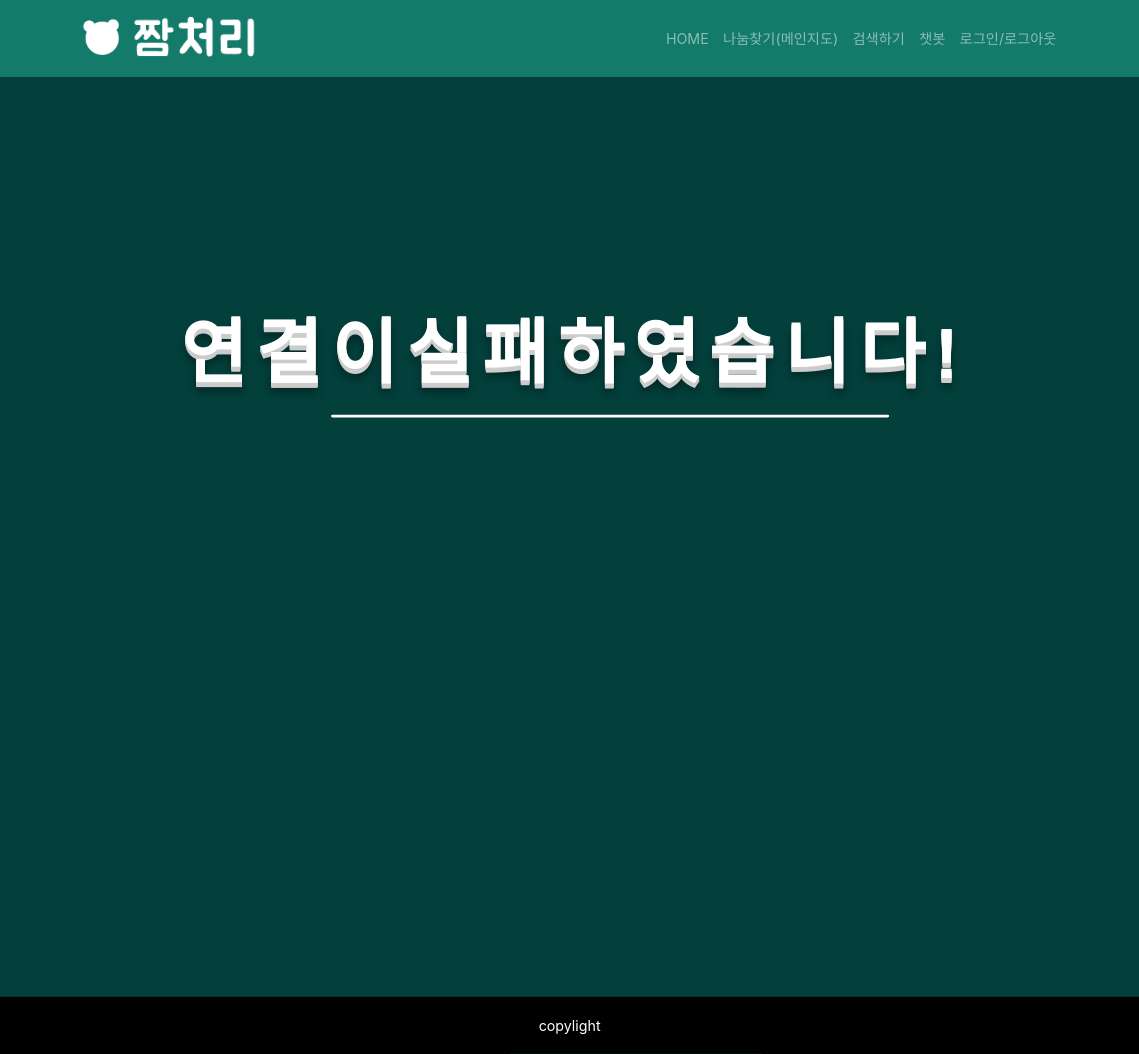
Repository: navang/JJAM_project
Page: http://localhost/jjam/jjam_7_result_fail.jsp
These files come from the project's save history. The page is drawn as it stood at one moment and after the next save; the edit follows.
The browser window is 1280 px wide. The pictures show the whole page, at 89% of full size.
Some web fonts or font styles are not loaded; a fallback is used. Some web libraries are served in a nearby version. The page is served by Tomcat 9. Nobody is signed in. The application's start-up code is not run. Other server files are loaded and not shown.

Above is the page before, as saved 2019-07-18 03:50:47.

### jjam/src/main/webapp/jjam_7_result_fail.jsp
<%@ page language="java" contentType="text/html; charset=UTF-8"
    pageEncoding="UTF-8"%>
<!DOCTYPE html>
<html>
<head>
<meta charset="UTF-8">
<meta name="viewport" content="width=device-width, initial-scale=1.0">
    <meta http-equiv="X-UA-Compatible" content="ie=edge">

    <link rel="stylesheet" href="https://stackpath.bootstrapcdn.com/bootstrap/4.3.1/css/bootstrap.min.css"
        integrity="sha384-ggOyR0iXCbMQv3Xipma34MD+dH/1fQ784/j6cY/iJTQUOhcWr7x9JvoRxT2MZw1T" crossorigin="anonymous">
    <script src="https://code.jquery.com/jquery-3.3.1.slim.min.js"
        integrity="sha384-q8i/X+965DzO0rT7abK41JStQIAqVgRVzpbzo5smXKp4YfRvH+8abtTE1Pi6jizo"
        crossorigin="anonymous"></script>
    <script src="https://cdnjs.cloudflare.com/ajax/libs/popper.js/1.14.7/umd/popper.min.js"
        integrity="sha384-UO2eT0CpHqdSJQ6hJty5KVphtPhzWj9WO1clHTMGa3JDZwrnQq4sF86dIHNDz0W1"
        crossorigin="anonymous"></script>
    <script src="https://stackpath.bootstrapcdn.com/bootstrap/4.3.1/js/bootstrap.min.js"
        integrity="sha384-JjSmVgyd0p3pXB1rRibZUAYoIIy6OrQ6VrjIEaFf/nJGzIxFDsf4x0xIM+B07jRM"
        crossorigin="anonymous"></script>
    <!-- https://getbootstrap.com/docs/4.3/getting-started/introduction/ 부트스트랩에서 가져옴-->




    <link rel="stylesheet" href="./resources/style/main.css">
    <link rel="stylesheet" href="./resources/style/fail.css">

    <script src="https://kit.fontawesome.com/825d367943.js"></script>
<title>Insert title here</title>

<script>
  $(function(){

	  $('.result-form-item span').hover(function(){
		$(this).toggleClass('active');
		if($(this).hasClass('active'))
			$(this).css({
			  "animation": "bounce .3s ease infinite alternate"
		  });

	  },function(){
		 	$(this).click(function(){
		 		$(this).removeAttr('style').delay(3000);
		 	});

	  });

});

    </script>

<body>
    <!-- ---------------------------------상단 고정 메뉴바--------------------------------------------->
    <h1 class="seperator"></h1>
    <nav id="top_navcolor" class="navbar fixed-top navbar navbar-expand-xl navbar-dark">
        <!-- fixed-top 상단고정-->
        <div class="container">
            <!-- 브랜드 로고 삽입-->
            <a href="jjam_3_form.jsp" class="navbar-brand">
                <img id="logo" class="" style="width: 60px; height: 60px;" src="./resources/image/character.png" alt=""><img src="./resources/image/JJCR_white1.png">
            </a>
            <!-- 햄버거 버튼-->
            <button class="navbar-toggler ham" data-toggle="collapse" data-target="#myNav">
                <span class="navbar-toggler-icon"></span>
            </button>
            <!-- 네비게이션 버튼 -->
            <div id="myNav" class="collapse navbar-collapse justify-content-end">
                <ul class="navbar-nav">
                    <li class="nav-item"><a href="" class="nav-link">HOME</a></li>
                    <li class="nav-item"><a href="" class="nav-link">나눔찾기(메인지도)</a></li>
                    <li class="nav-item"><a href="" class="nav-link">검색하기</a></li>
                    <li class="nav-item"><a href="" class="nav-link">챗봇</a></li>
                    <li class="nav-item"><a href="" class="nav-link">로그인/로그아웃</a>

                    </li>
                </ul>
            </div>
        </div>
    </nav>



 <!--------------------------------------본문 ------------------------------------------------------>

 <div class="result-form">
        <!--전체화면 분할-->
     <div class=""></div>
     <div class=""></div>
     <div class=""></div>
     <div class=""></div>
     <div class="result-form-item">

     <h1>
  <span>연</span>
  <span>결</span>
  <span>이</span>
  <span>실</span>
  <span>패</span>
  <span>하</span>
  <span>였</span>
  <span>습</span>
  <span>니</span>
  <span>다</span>
  <span>!</span>
</h1>

<div class="result-form-item-line"></div>
<div style="white"></div>

     </div>
     <div class=""></div>
     <div class=""></div>
     <div class=""></div>
     <div class=""></div>
     <div ></div>
</div>
</body>


<!-- Footer -->
<footer>
<div class="footer">copylight</div>
</footer>



</html>

### jjam/src/main/webapp/resources/style/main.css
@charset "utf-8";

@font-face {
    font-family: NanumSquareR;
    src: url(../font/NanumSquareR.woff) format('woff');
}

@font-face {
    font-family: NanumSquareL;
    src: url(../font/NanumSquareL.woff) format('woff');
}

@font-face {
    font-family: NanumSquareB;
    src: url(../font/NanumSquareB.woff) format('woff');
}





/* background*/


h1, h2, h3, h5, p {
    font-family: NanumSquareR, sans-serif;
    font-weight: 500;
    color: white;
}
h4{
    font-family: NanumSquareR, sans-serif;
    font-weight: 500;
    color: black;
}

h1, h2, h3 {
    margin-top: 10px;
    margin-bottom: 10px;
    font-weight: 700;
}

body{

    background: #033f3b;
}

#top_navbar {
    background: rgba(0,0,0,0.7);
}
#top_navcolor {
    background-color: #147b6b;
}

#top_navbar-nav > li > a {
    padding-top: 20px;
    padding-bottom: 20px;
}

.separator {
    background: #59e;
    margin-top: 80px;
    padding: 21px;
    text-align: center;
    color: #fff;
}
.result-form-item{
	display:grid;
	  text-align:center;
	  grid-template-columns:100%;
}
.result-form-item-line{
	 background:white;
 	text-align:center;
	  border-radius: 50px;
	  width:70%;
	  height:3px;
	  margin-left:180px;
	    margin-bottom:300px;
}
.red {
    background: #fcc;
    border: #eaa solid 4px;
}

.yellow {
    background: #f6f6c0;
    border: #dd7 solid 4px;
}


.green {
    font:white;
    background: #147b6b;

}

.bluegreen {
    background: #aee;
    border: #8dd solid 4px;
}

.blue {
    background: #bcf;
    border: #9ae solid 4px;
}



/*  풀어주기   */
.map-custom{
	width:700px;
	height:700px;
	position:relative;
	overflow:hidden;
	margin-left: 80px;
	border-radius:30px;
}

.carousel-item{
    width: 100%;
    height: 700px;
}

.bigfont{
	text-align:center;
	font-size: 100px;
    color: black;
    font-family: NanumSquareL;
    src: url(../font/NanumSquareL.woff) format('woff');

}

.carousel-caption * {
    color: white;
    width: 500%;
    height: 100%;
}
.white-text {
    color: white;
}
.row{
     display : grid;
     grid-template-columns: 100%;
     grid-template-rows: 70px 850px 100px ;
}
.mypage{
	display: grid;
	  grid-template-columns: 20% 60% 20%;
     grid-template-rows: 400px 1400px ;
}
.mypage-columns{
	display:grid;
	  grid-template-columns: 30% 70%;
 	text-align: center;

}
.mypage-rows{
	display:grid;
	  grid-template-rows: 30% 70%;


}
/* 햄버거*/
.ham{
	width:100px;
}

/* 2_search 페이지 */
.search{
    display : grid;
    grid-template-columns: 25% 50% 25%;
    grid-template-rows: 100px 300px 40px 50px 20px;
}
.search-grid {

    display : grid;
    text-align: center;
    grid-template-columns: 20% 20% 20% 20% 20%;
    grid-template-rows: 100px 100px 100px 100px 100px;
}
/* 3 form*/
/* 전체화면 분할*/
.modal-form{
    display : grid;
    grid-template-columns: 15% 70% 15%;
    grid-template-rows: 60px 500px ;

}
/* 가운데화면 분할*/
.modal-form-grid{
    display : grid;
    grid-template-columns: 60% 40%;
    grid-template-rows: 60px 100%;

}
/* */
.modal-inner-grid{
    display : grid;
    grid-template-columns: 50% 50%;

}

.modal-size{
    position: absolute;


}
/* modal fullsize*/
.modal-dialog.modal-fullsize {
    width: 150%; height: 100%; margin: 0; padding: 0;
}
.modal-content.modal-fullsize {
    height: auto;
    min-height: 100%;
    border-radius: 0;
  }


/* info modal img*/
.img-chatmodal{
    width:1900px;
    height: 950px;
    background-image:url('../image/chatbot_modal.png');
}

/*게시물 리스트*/
.form-list {
    display: grid;
    grid-template-columns:3% 20% 3% 74%;
    padding: 10px;
}


/* 5*5 그리드 */
#grid{
    display: grid;
    text-align: center;
    grid-template-columns:150px 150px 150px 150px 150px 150px;
}
/* 메인 1 페이지  */
.wrapper {
    display: grid;
    grid-template-columns: 5% 55% 40% ;
    grid-template-rows: 100px 7px 100px 30px 100px 100px 30px 100px 100px;
}

/* 4 login form*/
.login{
    display : grid;
    grid-template-columns: 30% 800px 27%;
    grid-template-rows: 100px 800px ;
}
.login-set{
    color : #1f0a01;
    background-color: white;
    border-radius: 15px;
    display:grid;
    grid-template-rows: 80px 380px 300px 40px;
    text-align: center;

}
.login-set.login-form{
    display: grid;
    grid-template-columns:240px 320px 240px;
    grid-template-rows: 100px 100px 100px ;

}
.design-border{
    border: silver solid 2px;
}

/* 7_result*/
.result-form{
    display: grid;
     grid-template-columns: 15% 70% 15%;
    grid-template-rows: 200px 500px 300px ;
}
/* footer*/
.footer {
    left: 0;
    bottom: 0;
    width: 100%;
	padding: 20px 0;
	text-align: center;
	color: white;
	background:  black;
}
.card {
  height: 30%;
}
.card-columns {
    @include media-breakpoint-only(lg) {
      column-count: 4;
    }
    @include media-breakpoint-only(xl) {
      column-count: 5;
    }
  }
@media (max-width:640px) {
    .bigfont{
        font-size: 700%;
    }
    .search{
        display : grid;
        grid-template-columns: 0px 100% 0px;
        grid-template-rows: 100px 600px 30px 30px 20px ;
    }
      /* 5*5 그리드 */
    #grid{
    display: grid;
    text-align: center;
    grid-template-columns:160px 160px 160px;
}

    .wrapper {
    display: grid;
    grid-template-columns: 5% 90% 5% ;
    grid-template-rows: 100px 60px 30% 30px 70px 100px 100px 100px 10px;
    }
    .search-grid {

        display : grid;
        text-align: center;
        grid-template-columns: 25% 25% 25% 25%;
        grid-template-rows: 50px  50px  50px 50px  50px  50px;
    }


    .mypage{
	display: grid;
	  grid-template-columns: 100%;
     grid-template-rows: 0px  0px   170px  0px   500px;
}
.mypage-columns{
	display:grid;
	 grid-template-columns: 100%;
		  grid-template-rows: 400px 50%;

}
.mypage-rows{
	display:grid;

		  grid-template-template: 100%;
		   grid-template-rows: 60% 40%;
}
.mypage-menu{
	display:grid;

		  grid-template-rows: 25% 25% 25% 25%;
}


    /*챗 모달 사용설명서*/
    .img-chatmodal{
        width:640px;
        height: 950px;
        background-image:url('../image/chatbot_modal_mobile.png');

    }
    /* modal fullsize*/
    .modal-dialog.modal-fullsize {
    width: 100%; height: 100%; margin: 0; padding: 0;
    }
    .modal-content.modal-fullsize {
    height: auto;
    min-height: 100%;
    border-radius: 0;
  }
    /* 가운데화면 분할*/
    .modal-form-grid{
    display : grid;
    grid-template-columns: 100%;
    grid-template-rows: 30px 30px 440px;

    }
    .modal-inner-grid{
        display : grid;
        grid-template-columns: 100%;

    }
    /* 4 login form*/
    .login{
    display : grid;
    grid-template-columns: 0px 640px 0px;
    grid-template-rows: 50px 640px ;
}
.result-form{
    display: grid;
     grid-template-columns: 0% 100% 0%;
    grid-template-rows: 100px 700px 100px ;
}
.ham{
	width:100px;
}
/* footer*/
.footer {
    left: 0;
    bottom: 0;
    width: 100%;
	padding: 20px;
	text-align: center;
	color: white;
	background:  black;
}


}

### jjam/src/main/webapp/resources/style/fail.css
@charset "UTF-8";


@font-face {
    font-family: NanumSquareR;
    src: url(../font/NanumSquareR.woff) format('woff');
}

@font-face {
    font-family: NanumSquareL;
    src: url(../font/NanumSquareL.woff) format('woff');
}

@font-face {
    font-family: NanumSquareB;
    src: url(../font/NanumSquareB.woff) format('woff');
}


h1 {
  height: 100px;
}

h1 span {
  position: relative;
  top: 20px;
  display: inline-block;
  /*animation: bounce .3s ease infinite alternate;*/
  font-family: NanumSquareR, sans-serif;
  font-size: 80px;
  color: #FFF;
  text-shadow: 0 1px 0 #CCC,
               0 2px 0 #CCC,
               0 3px 0 #CCC,
               0 4px 0 #CCC,
               0 5px 0 #CCC,
               0 6px 0 transparent,
               0 7px 0 transparent,
               0 8px 0 transparent,
               0 9px 0 transparent,
               0 10px 10px rgba(0, 0, 0, .4);
}

/* h1 span:nth-child(1) { animation-delay: .1s; } */
/* h1 span:nth-child(2) { animation-delay: .2s; } */
/* h1 span:nth-child(3) { animation-delay: .3s; } */
/* h1 span:nth-child(4) { animation-delay: .4s; } */
/* h1 span:nth-child(5) { animation-delay: .5s; } */
/* h1 span:nth-child(6) { animation-delay: .6s; } */
/* h1 span:nth-child(7) { animation-delay: .7s; } */
/* h1 span:nth-child(8) { animation-delay: .8s; } */
/* h1 span:nth-child(9) { animation-delay: .9s; } */
/* h1 span:nth-child(10) { animation-delay: .10s; } */
/* h1 span:nth-child(11) { animation-delay: .1s; } */

@keyframes bounce {
  100% {
    top: -20px;
    text-shadow: 0 1px 0 #CCC,
                 0 2px 0 #CCC,
                 0 3px 0 #CCC,
                 0 4px 0 #CCC,
                 0 5px 0 #CCC,
                 0 6px 0 #CCC,
                 0 7px 0 #CCC,
                 0 8px 0 #CCC,
                 0 9px 0 #CCC,
                 0 50px 25px rgba(0, 0, 0, .2);
  }
}

After the next save:
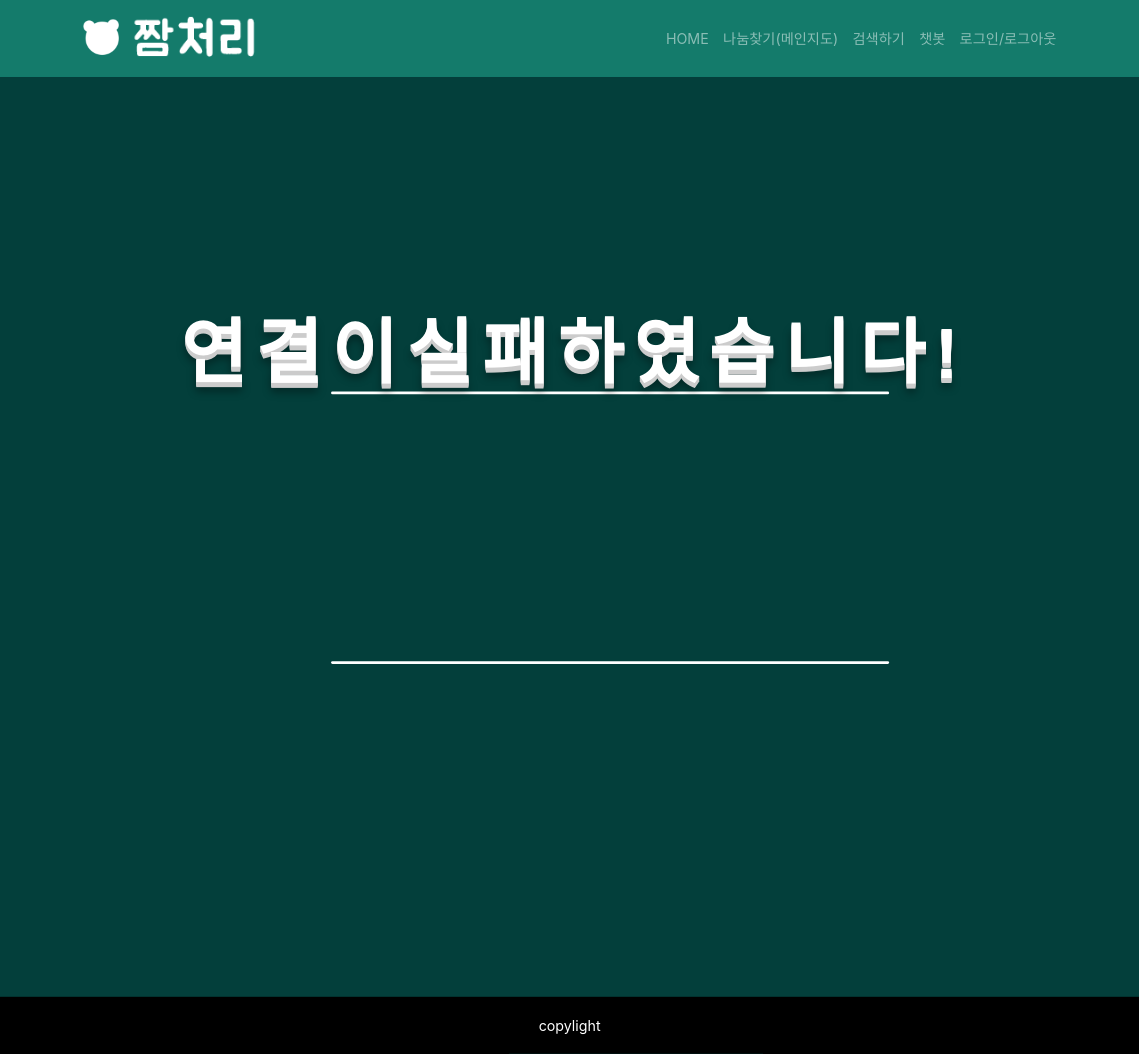
Saved 63 s later.
--- a/jjam/src/main/webapp/jjam_7_result_fail.jsp
+++ b/jjam/src/main/webapp/jjam_7_result_fail.jsp
@@ -106,7 +106,7 @@
 </h1>
 
 <div class="result-form-item-line"></div>
-<div style="white"></div>
+<div class="result-form-item-line"></div>
 
      </div>
      <div class=""></div>
